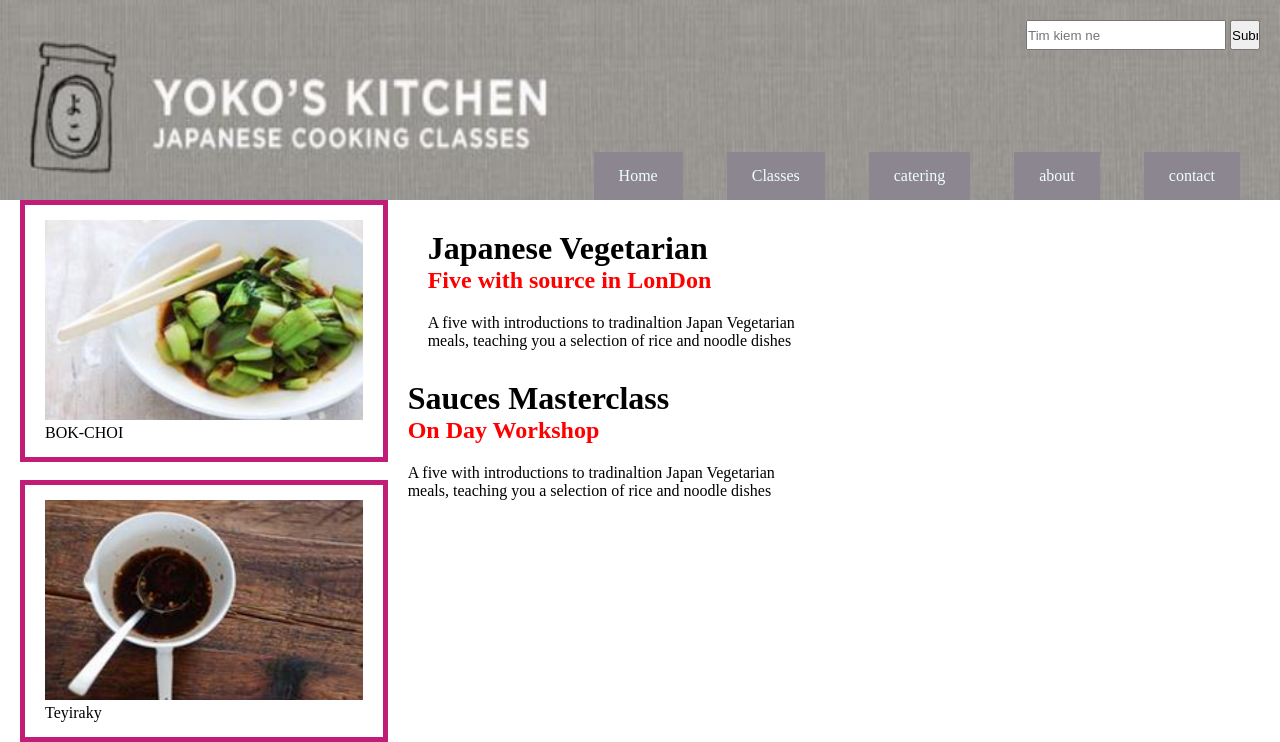
Repository: huy352002/20012931-Tr-n-Quang-Huy
Page: bt2.html
An editor plug-in stored every save of this project. The page is shown before and after the next save, followed by the edit.
The browser window is 1280 px wide. The pictures show the whole page.

Above is the page before, as saved 2022-09-30 10:26:13.

After the next save:
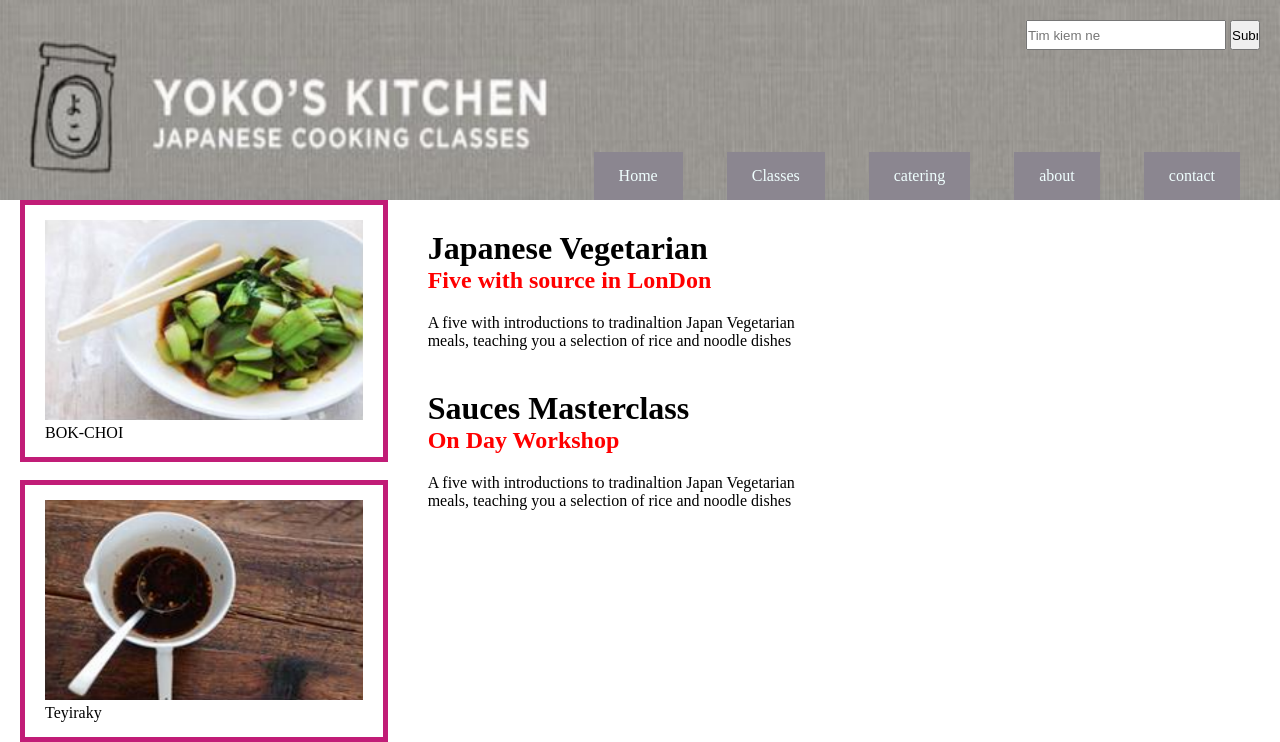
Saved 46 s later.
--- a/bt2.css
+++ b/bt2.css
@@ -90,7 +90,8 @@
     width: 49%;
 }
 
-.P_1 {
+.P_1,
+.P_2 {
     margin: 20px 10px;
     padding: 10px 10px;
 }

After the save that followed:
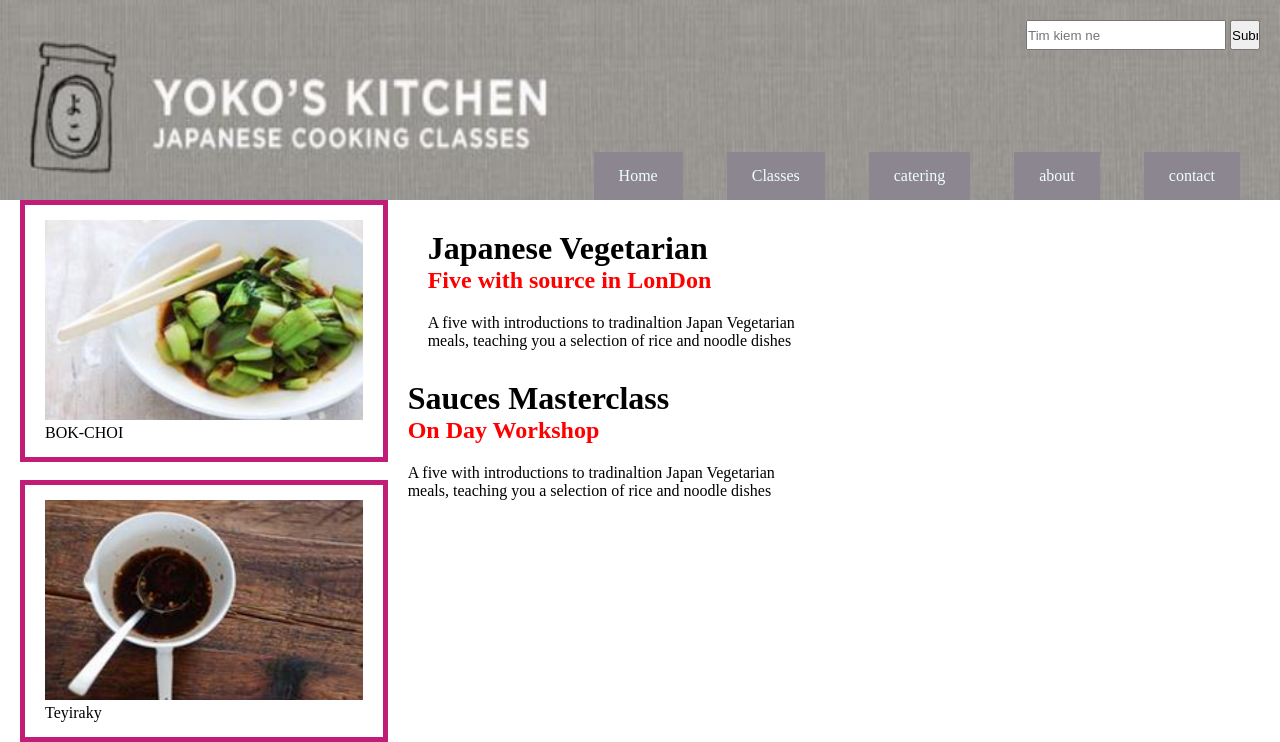
Saved 33 s later.
--- a/bt2.css
+++ b/bt2.css
@@ -90,8 +90,7 @@
     width: 49%;
 }
 
-.P_1,
-.P_2 {
+.P_1 {
     margin: 20px 10px;
     padding: 10px 10px;
 }
